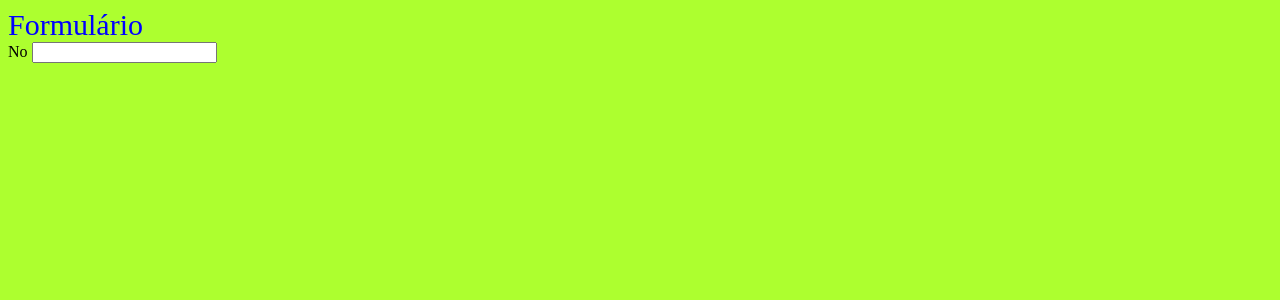
Repository: Vilmar-Freire/ESTUDOS-01-vilmar
Page: workspaces/prof-matheus battisti/matheus-dois.html
An editor plug-in stored every save of this project. The page is shown before and after the next save, followed by the edit.
The browser window is 1280 px wide. The pictures show the whole page.

Above is the page before, as saved 2026-09-02 16:40:06.

### workspaces/prof-matheus battisti/matheus-dois.html
<!DOCTYPE html>
<html lang="pt-BR">
<head>
    <meta charset="UTF-8">
    <meta name="keywords" content="Programacao, html, css, JavaScript">
    <meta name="Language" content="pt-BR">
    <meta name="Description" content="Formulario">
    <meta name="author" content="Vilmar Freire">
    <script src="matheus-dois.js"></script>
    <link rel="stylesheet" href="./matheus-dois.css">
    <meta name="viewport" content="width=device-width, initial-scale=1.0">
    <title>Document</title>
</head>
<body>
    <div class="container">
        <div class="title">Formulário</div>
        <form action="#"></form>

        <div class="user-details">
            <div class="input-box">
                <label for="name">No</label>
                <input type="text" id="name" name="name">
            </div>
        </div>
    </div>


</body>
</html>

### workspaces/prof-matheus battisti/matheus-dois.css
body{
    background-color:greenyellow;
}

.title{
    color:blue;
    font-size: 30px;
    text-align:left;
}

Loaded but not shown: workspaces/prof-matheus battisti/matheus-dois.js (no stored copy; drawn as an empty file)

After the next save:
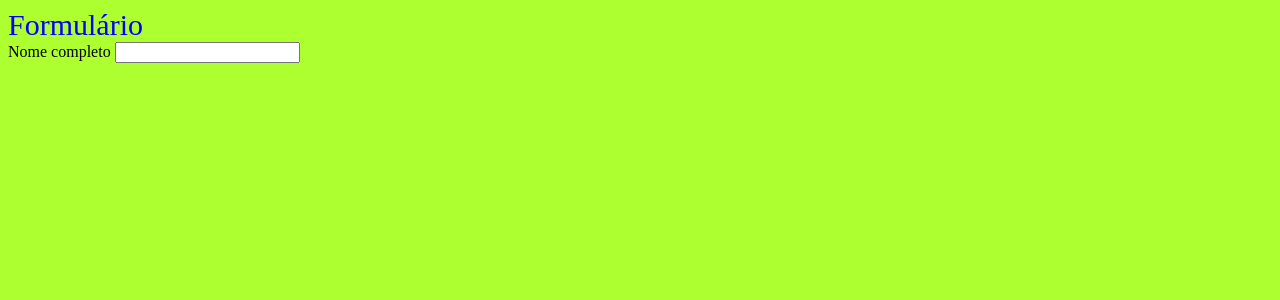
Saved 13 s later.
--- a/workspaces/prof-matheus battisti/matheus-dois.html
+++ b/workspaces/prof-matheus battisti/matheus-dois.html
@@ -18,7 +18,7 @@
 
         <div class="user-details">
             <div class="input-box">
-                <label for="name">No</label>
+                <label for="name">Nome completo</label>
                 <input type="text" id="name" name="name">
             </div>
         </div>
